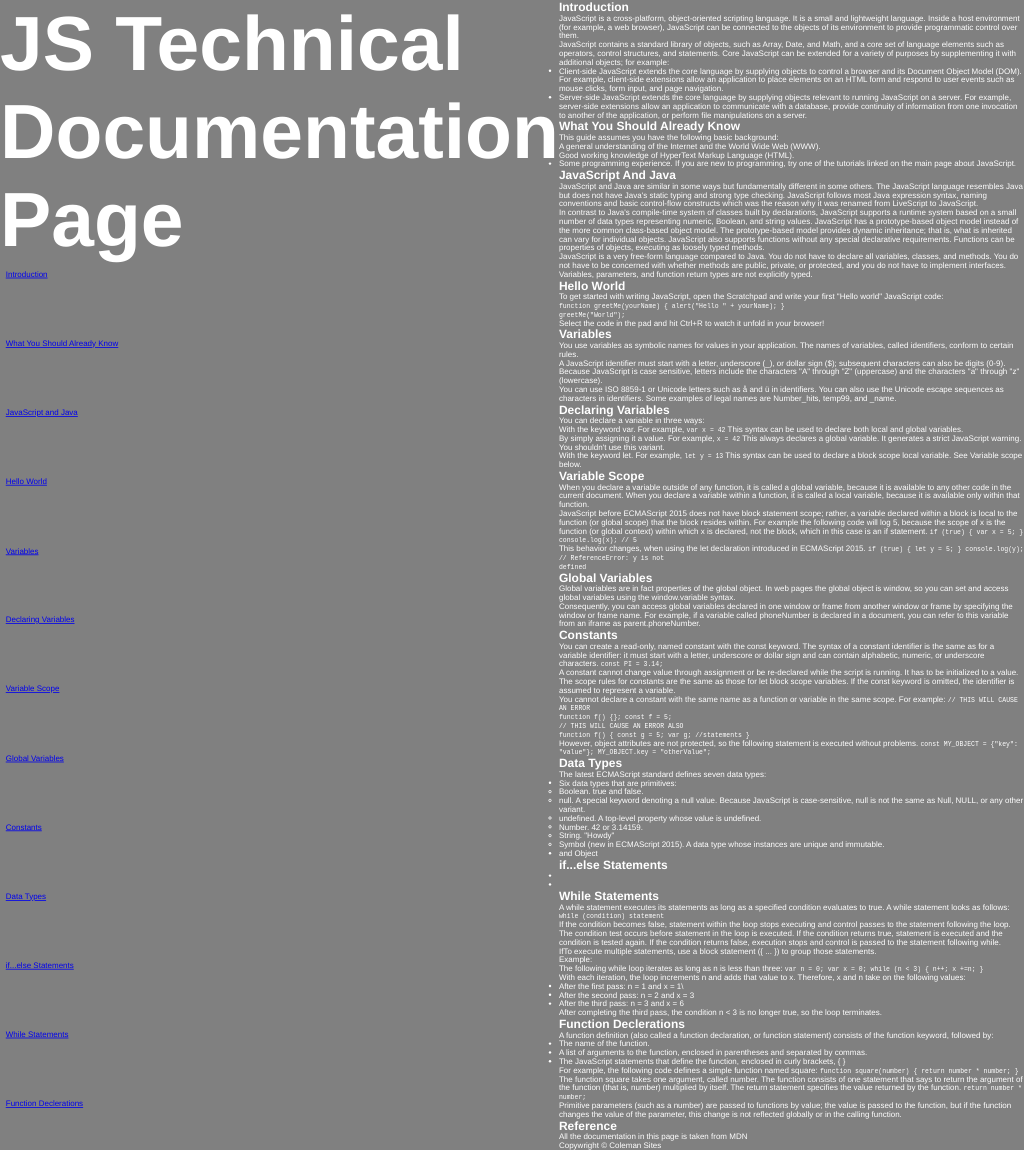
Repository: ctcoleman/technicalDocumentationPage
Page: index.html
An editor plug-in stored every save of this project. The page is shown before and after a run of saves, followed by the edit.
The browser window is 1280 px wide. The pictures show the whole page, at 80% of full size.

Above is the page before, as saved 2020-07-10 19:44:16.

### index.html
<!DOCTYPE html>
<html lang="en">

<head>
  <meta charset="UTF-8">
  <meta name="viewport" content="width=device-width, initial-scale=1.0">
  <title>FCC: Technical Documentation Page</title>
  <link type="text/css" rel="stylesheet" href="/assets/stylesheets/style.css">
</head>

<body>

  <nav id="navbar">
    <header id="main-heading">
      <h1>JS Technical Documentation Page</h1>
    </header>
    <div class="nav-container">
      <a class="nav-link" href="#introduction">Introduction</a>
      <a class="nav-link" href="#what_you_should_already_know">What You Should Already Know</a>
      <a class="nav-link" href="#javaScript_and_java">JavaScript and Java</a>
      <a class="nav-link" href="#hello_world">Hello World</a>
      <a class="nav-link" href="#variables">Variables</a>
      <a class="nav-link" href="#declaring_variables">Declaring Variables</a>
      <a class="nav-link" href="#variable_scope">Variable Scope</a>
      <a class="nav-link" href="#global_variables">Global Variables</a>
      <a class="nav-link" href="#constants">Constants</a>
      <a class="nav-link" href="#data_types">Data Types</a>
      <a class="nav-link" href="#if...else_statements">if...else Statements</a>
      <a class="nav-link" href="#while_statements">While Statements</a>
      <a class="nav-link" href="#function_declerations">Function Declerations</a>
      <a class="nav-link" href="#reference">Reference</a>
    </div>
  </nav>

  <main id="main-doc">

    <section class="main-section" id="introduction">
      <header class="topic-header">
        <h2>Introduction</h2>
      </header>
      <article>
        <p>
          JavaScript is a cross-platform, object-oriented scripting language. It is a small and lightweight language.
          Inside a host environment (for example, a web browser), JavaScript can be connected to the objects of its
          environment to provide programmatic control over them.
        </p>
        <p>
          JavaScript contains a standard library of objects, such as Array, Date, and Math, and a core set of language
          elements such as operators, control structures, and statements. Core JavaScript can be extended for a variety
          of purposes by supplementing it with additional objects; for example:
        <ul>
          <li>Client-side JavaScript extends the core language by supplying objects to control a browser and its
            Document Object Model (DOM). For example, client-side extensions allow an application to place elements on
            an HTML form and respond to user events such as mouse clicks, form input, and page navigation.</li>
          <li>Server-side JavaScript extends the core language by supplying objects relevant to running JavaScript on a
            server. For example, server-side extensions allow an application to communicate with a database, provide
            continuity of information from one invocation to another of the application, or perform file manipulations
            on a server.</li>
        </ul>
        </p>
      </article>
    </section>

    <section class="main-section" id="what_you_should_already_know">
      <header class="topic-header">
        <h2>What You Should Already Know</h2>
      </header>
      <article>
        <p>
          This guide assumes you have the following basic background:
        <ul>
          <li>A general understanding of the Internet and the World Wide Web (WWW).
          </li>
          <li>Good working knowledge of HyperText Markup Language (HTML).
          </li>
          <li>Some programming experience. If you are new to programming, try one of the tutorials linked on the main
            page about JavaScript.
          </li>
        </ul>
        </p>
      </article>
    </section>

    <section class="main-section" id="javaScript_and_java">
      <header class="topic-header">
        <h2>JavaScript And Java</h2>
      </header>
      <article>
        <p>
          JavaScript and Java are similar in some ways but fundamentally different in some others. The JavaScript
          language resembles Java but does not have Java's static typing and strong type checking. JavaScript follows
          most Java expression syntax, naming conventions and basic control-flow constructs which was the reason why it
          was renamed from LiveScript to JavaScript.
        </p>
        <p>
          In contrast to Java's compile-time system of classes built by declarations, JavaScript supports a runtime
          system based on a small number of data types representing numeric, Boolean, and string values. JavaScript has
          a prototype-based object model instead of the more common class-based object model. The prototype-based model
          provides dynamic inheritance; that is, what is inherited can vary for individual objects. JavaScript also
          supports functions without any special declarative requirements. Functions can be properties of objects,
          executing as loosely typed methods.
        </p>
        <p>
          JavaScript is a very free-form language compared to Java. You do not have to declare all variables, classes,
          and methods. You do not have to be concerned with whether methods are public, private, or protected, and you
          do not have to implement interfaces. Variables, parameters, and function return types are not explicitly
          typed.
        </p>
      </article>
    </section>

    <section class="main-section" id="hello_world">
      <header class="topic-header">
        <h2>Hello World</h2>
      </header>
      <article>
        <p>
          To get started with writing JavaScript, open the Scratchpad and write your first "Hello world" JavaScript
          code:
        </p>
        <code>
          function greetMe(yourName) { alert("Hello " + yourName); }<br>
          greetMe("World");
        </code>
        <p>
          Select the code in the pad and hit Ctrl+R to watch it unfold in your browser!
        </p>
      </article>
    </section>

    <section class="main-section" id="variables">
      <header class="topic-header">
        <h2>Variables</h2>
      </header>
      <article>
        <p>
          You use variables as symbolic names for values in your application. The names of variables, called
          identifiers, conform to certain rules.
        </p>
        <p>
          A JavaScript identifier must start with a letter, underscore (_), or dollar sign ($); subsequent characters
          can also be digits (0-9). Because JavaScript is case sensitive, letters include the characters "A" through "Z"
          (uppercase) and the characters "a" through "z" (lowercase).
        </p>
        <p>
          You can use ISO 8859-1 or Unicode letters such as å and ü in identifiers. You can also use the Unicode escape
          sequences as characters in identifiers. Some examples of legal names are Number_hits, temp99, and _name.
        </p>
      </article>
    </section>

    <section class="main-section" id="declaring_variables">
      <header class="topic-header">
        <h2>Declaring Variables</h2>
      </header>
      <article>
        <p>
          You can declare a variable in three ways:
        </p>
        <p>
          With the keyword var. For example,
          <code> var x = 42</code>
          This syntax can be used to declare both local and global variables.
        </p>
        <p>
          By simply assigning it a value. For example,
          <code>x = 42</code>
          This always declares a global variable. It generates a strict JavaScript warning. You shouldn't use this
          variant.
        </p>
        <p>
          With the keyword let. For example,
          <code>let y = 13</code>
          This syntax can be used to declare a block scope local variable. See Variable scope below.
        </p>
      </article>
    </section>

    <section class="main-section" id="variable_scope">
      <header class="topic-header">
        <h2>Variable Scope</h2>
      </header>
      <article>
        <p>
          When you declare a variable outside of any function, it is called a global variable, because it is available
          to any other code in the current document. When you declare a variable within a function, it is called a local
          variable, because it is available only within that function.
        </p>
        <p>
          JavaScript before ECMAScript 2015 does not have block statement scope; rather, a variable declared within a
          block is local to the function (or global scope) that the block resides within. For example the following code
          will log 5, because the scope of x is the function (or global context) within which x is declared, not the
          block, which in this case is an if statement.
          <code>if (true) { var x = 5; } console.log(x); // 5</code>
        </p>
        <p>
          This behavior changes, when using the let declaration introduced in ECMAScript 2015.
          <code>if (true) { let y = 5; } console.log(y); // ReferenceError: y is not<br>
          defined</code>
        </p>
      </article>
    </section>

    <section class="main-section" id="global_variables">
      <header class="topic-header">
        <h2>Global Variables</h2>
      </header>
      <article>
        <p>
          Global variables are in fact properties of the global object. In web pages the global object is window, so you
          can set and access global variables using the window.variable syntax.
        </p>
        <p>
          Consequently, you can access global variables declared in one window or frame from another window or frame by
          specifying the window or frame name. For example, if a variable called phoneNumber is declared in a document,
          you can refer to this variable from an iframe as parent.phoneNumber.
        </p>
      </article>
    </section>

    <section class="main-section" id="constants">
      <header class="topic-header">
        <h2>Constants</h2>
      </header>
      <article>
        <p>
          You can create a read-only, named constant with the const keyword. The syntax of a constant identifier is the
          same as for a variable identifier: it must start with a letter, underscore or dollar sign and can contain
          alphabetic, numeric, or underscore characters.
          <code>const PI = 3.14;</code>
        </p>
        <p>
          A constant cannot change value through assignment or be re-declared while the script is running. It has to be
          initialized to a value.
          <br>
          The scope rules for constants are the same as those for let block scope variables. If the const keyword is
          omitted, the identifier is assumed to represent a variable.
          <br>
          You cannot declare a constant with the same name as a function or variable in the same scope. For example:
          <code>
            // THIS WILL CAUSE AN ERROR<br> function f() {}; const f = 5;<br> // THIS WILL
            CAUSE AN ERROR ALSO<br> function f() { const g = 5; var g; //statements
            }
          </code>
        </p>
        <p>
          However, object attributes are not protected, so the following statement is executed without problems.

          <code>
            const MY_OBJECT = {"key": "value"}; MY_OBJECT.key = "otherValue";
          </code>
        </p>
      </article>
    </section>

    <section class="main-section" id="data_types">
      <header class="topic-header">
        <h2>Data Types</h2>
      </header>
      <article>
        <p>
          The latest ECMAScript standard defines seven data types:
        <ul>
          <li>Six data types that are primitives:</li>
          <ul>
            <li>Boolean. true and false.</li>
            <li>null. A special keyword denoting a null value. Because JavaScript is case-sensitive, null is not the
              same as Null, NULL,
              or any other variant.</li>
            <li>undefined. A top-level property whose value is undefined.</li>
            <li>Number. 42 or 3.14159.</li>
            <li>String. "Howdy"</li>
            <li>Symbol (new in ECMAScript 2015). A data type whose instances are unique and immutable.</li>
          </ul>
          <li>and Object</li>
        </ul>
        </p>
        <p>

        </p>
      </article>
    </section>

    <section class="main-section" id="if...else_statements">
      <header class="topic-header">
        <h2>if...else Statements</h2>
      </header>
      <article>
        <p>
        <ul>
          <li></li>
          <li></li>
        </ul>
        </p>
        <p>

        </p>
      </article>
    </section>

    <section class="main-section" id="while_statements">
      <header class="topic-header">
        <h2>While Statements</h2>
      </header>
      <article>
        <p>
          A while statement executes its statements as long as a specified condition evaluates to true. A while
          statement looks as
          follows:
          <code>while (condition) statement</code>
        </p>
        <p>
          If the condition becomes false, statement within the loop stops executing and control passes to the statement
          following the loop.
          <br>
          The condition test occurs before statement in the loop is executed. If the condition returns true, statement
          is executed and the condition is tested again. If the condition returns false, execution stops and control is
          passed to the statement following while.
        </p>
        <p>
          IfTo execute multiple statements, use a block statement ({ ... }) to group those statements.
          <br>
          Example:
          <br>
          The following while loop iterates as long as n is less than three:
          <code>
            var n = 0; var x = 0; while (n < 3) { n++; x +=n; }
          </code>
        </p>
        <p>
          With each iteration, the loop increments n and adds that value to x. Therefore, x and n take on the following
          values:
        <ul>
          <li>
            After the first pass: n = 1 and x = 1\
          </li>
          <li>
            After the second pass: n = 2 and x = 3
          </li>
          <li>
            After the third pass: n = 3 and x = 6
          </li>
        </ul>
        After completing the third pass, the condition n < 3 is no longer true, so the loop terminates. </p>
      </article>
    </section>

    <section class="main-section" id="function_declerations">
      <header class="topic-header">
        <h2>Function Declerations</h2>
      </header>
      <article>
        <p>
          A function definition (also called a function declaration, or function statement) consists of the function
          keyword, followed by:
        <ul>
          <li>The name of the function.</li>
          <li>A list of arguments to the function, enclosed in parentheses and separated by commas.</li>
          <li>The JavaScript statements that define the function, enclosed in curly brackets, { }</li>
        </ul>
        </p>
        For example, the following code defines a simple function named square:
        <code>function square(number) { return number * number; }</code>
        The function square takes one argument, called number. The function consists of one statement that says to
        return the
        argument of the function (that is, number) multiplied by itself. The return statement specifies the value
        returned by
        the function.
        <code>return number * number;</code>

        <p>
          Primitive parameters (such as a number) are passed to functions by value; the value is passed to the function,
          but if the function changes the value of the parameter, this change is not reflected globally or in the
          calling function.
        </p>
      </article>
    </section>

    <section class="main-section" id="reference">
      <header class="topic-header">
        <h2>Reference</h2>
      </header>
      <article>
        <p>
          All the documentation in this page is taken from MDN
          <p />
      </article>
    </section>

    <footer id="footer-wrapper">
      <span>Copywright &copy; Coleman Sites</span>
    </footer>
  </main>
  <script src="https://cdn.freecodecamp.org/testable-projects-fcc/v1/bundle.js"></script>
</body>

</html>

### assets/stylesheets/style.css
/** Basic Styling **/
* {
  margin: 0;
  padding: 0;
  outline: 0;
  box-sizing: border-box;
}

body {
 background: grey;
 color: white;
 -webkit-font-smoothing: antialiased;
 display: flex;
}

body,
input,
button {
 font-size: 62.5%;
 font-family: 'Helvetica';
}

button {
 cursor: pointer;
}

/** NavBar Styling **/

/** Heading Stying **/

#main-heading h1 {
  font-size: 6rem;
}

.nav-container {
  position: fixed;
  left: 0;
  display: flex;
  flex-direction: column;
}

.nav-container .nav-link {
  display: inline-block;
  width: 15vw;
  height: 10vh;
  margin: 1vh;
}

After the next 2 saves:
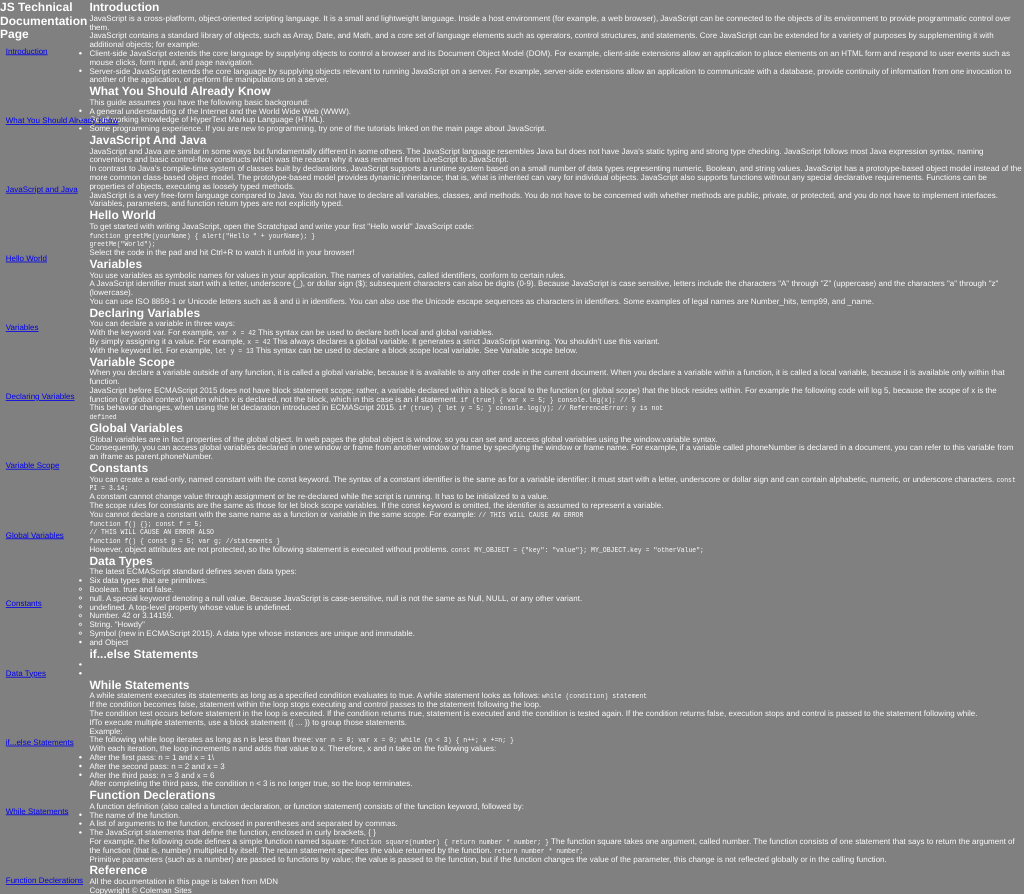
The 2 saves are shown as one change because they came seconds apart.
The last was saved 13 s later.
--- a/assets/stylesheets/style.css
+++ b/assets/stylesheets/style.css
@@ -25,7 +25,7 @@
 }
 
 /** NavBar Styling **/
-
+#nav
 /** Heading Stying **/
 
 #main-heading h1 {

After the save that followed:
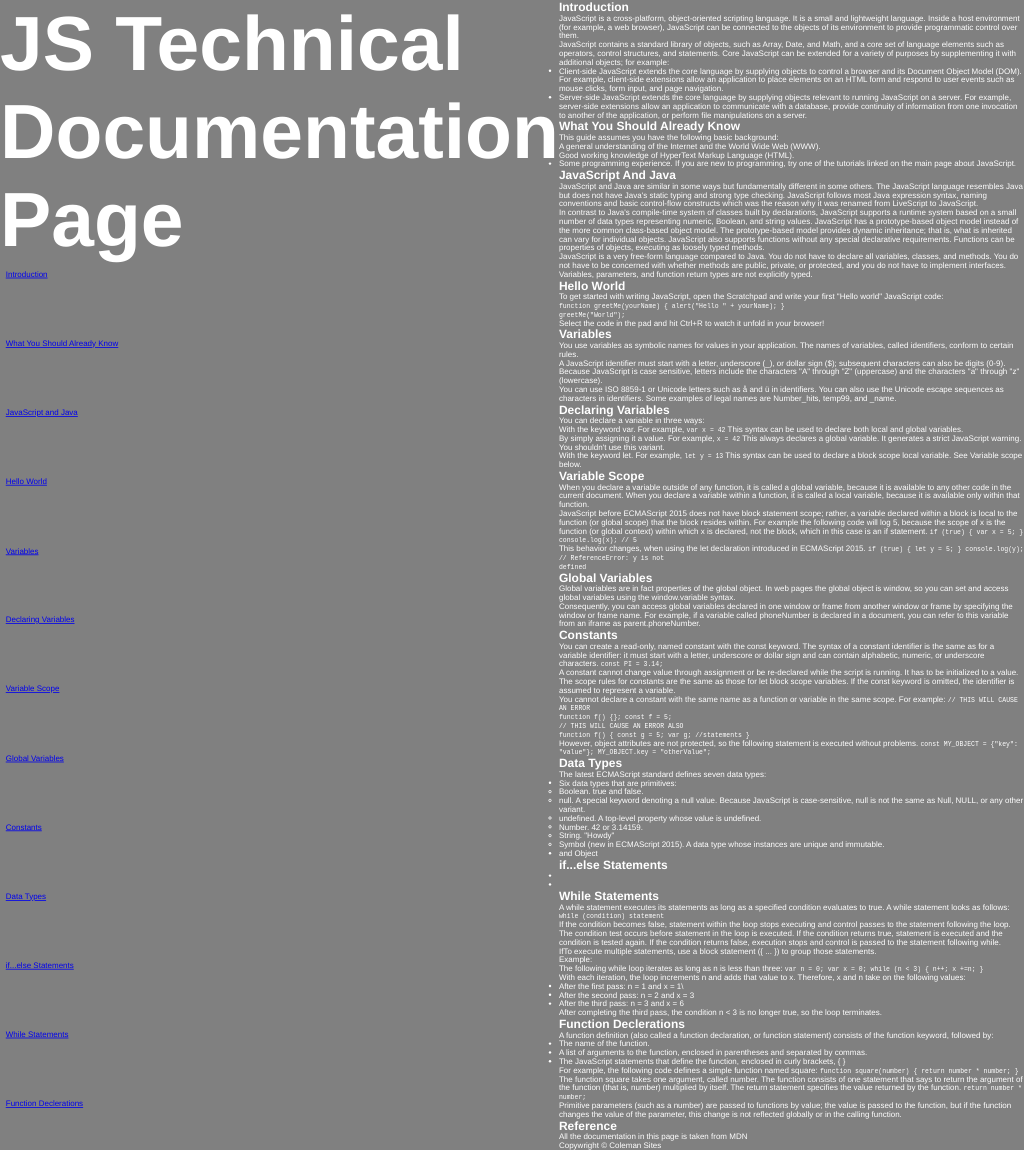
Saved 5 s later.
--- a/assets/stylesheets/style.css
+++ b/assets/stylesheets/style.css
@@ -25,7 +25,9 @@
 }
 
 /** NavBar Styling **/
-#nav
+#navbar {
+  width:
+}
 /** Heading Stying **/
 
 #main-heading h1 {
